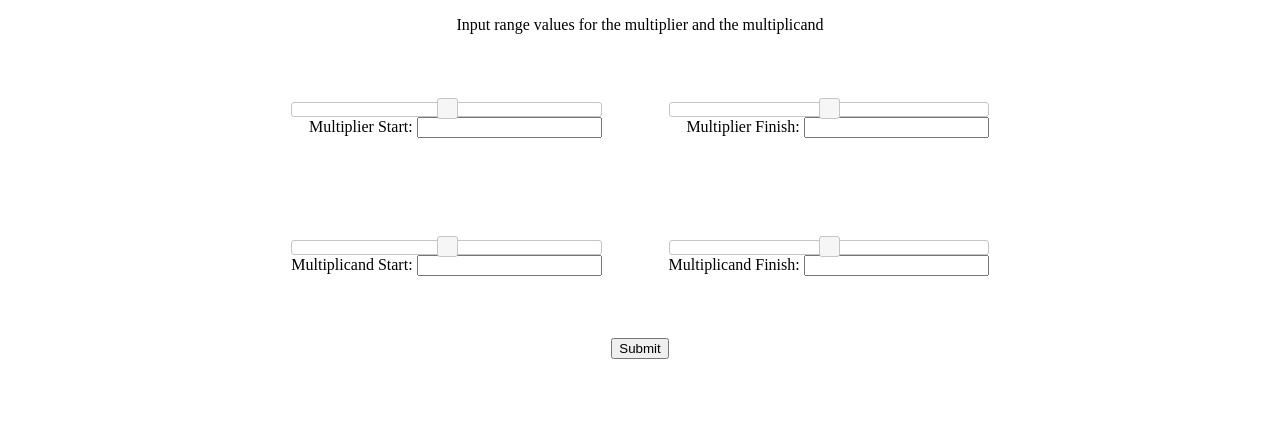
Repository: khrasna/HW4Part2
Page: index.html
The author's editor kept a copy of each file at every save. The page is drawn from the files as they stood at one save, then again after the next save.
The browser window is 1280 px wide. The pictures show the whole page.
Some web libraries are served in a nearby version.

Above is the page before, as saved 2021-11-14 19:12:29.

### index.html
<!-- HTML file for Assignment 3
By Karsten Hrasna  email Karsten_Hrasna@student.uml.edu-->
<!DOCTYPE html>
<html>

<head>
    <title>Multiplication Table</title>
    <link rel="stylesheet" href="style.css">
    <script type="text/javascript" src="https://ajax.googleapis.com/ajax/libs/jquery/3.5.1/jquery.min.js"></script>
    <script type="text/javascript" src="dist/jquery.validate.min.js"></script>
    <script type="text/javascript" src="formvalidate.js"></script>
    <script type="text/javascript" src="https://ajax.googleapis.com/ajax/libs/jqueryui/1.11.4/jquery-ui.min.js"></script>
    <link rel="stylesheet" href="https://ajax.googleapis.com/ajax/libs/jqueryui/1.11.4/themes/smoothness/jquery-ui.css">
</head>

<body>
    <p>Input range values for the multiplier and the multiplicand</p>
    <div id="container">
        <!-- Learned from W3schools. Creates a form which takes number ranges for multiplier and multiplicand. -->

        <form id="FormInput" action="javascript:void(0);" method="get"> <!--Learned about javascript:void(0) from Dutchie432 at https://stackoverflow.com/questions/1818249/form-with-no-action-and-where-enter-does-not-reload-page-->
            <table>
                <tr>

                    <td class="pad">
                        <div class="slider"></div>
                        Multiplier Start: <input input="text" name="MultiplierStart">
                    </td>

                    <td>
                        <div class="slider"></div>
                        Multiplier Finish: <input type="text" name="MultiplierFinish">
                    </td>
                </tr>
                <tr>
                    <td class="pad">
                        <div class="slider"></div>
                        Multiplicand Start: <input type="text" name="MultiplicandStart">
                    </td>

                    <td>
                        <div class="slider"></div>
                        Multiplicand Finish: <input type="text" name="MultiplicandFinish">
                    </td>
                </tr>
            </table>
            <input type="submit" value="Submit"> <!--goes directly under form and processes the input to create a mult table-->
        </form>
    </div>


</body>

</html>

### style.css
/*Created by Karsten Hrasna. email: Karsten_Hrasna@student.uml.edu*/
html,
body {
    height: 97%;
    text-align: center;
}

#slider {
    margin-bottom: 10px;
    margin-top: 10px;
}

div#container {
    display: grid;
    grid-template-columns: 100%;
    /* top row of grid holds the form for input, the rest of page holds the multiplication table*/
    grid-template-rows: minmax(90px, 15%) auto;
    height: 97%;

}

#multTable {
    margin: auto;
    border-collapse: separate;
    border-spacing: 0;
    grid-row: 2;
    /*the dynamically sized multiplication table */
    margin-top: 0px;
    border-bottom: 0px;

}

input[type=submit] {
    /* submit button under form spaced here */
    margin-top: 10px;
    margin-bottom: 0px;
}

#multTable td,
th {
    border: solid;
    border-color: black;
    min-width: 70px;
    font-size: 30px;
    height: 70px;
}


#multTable th {
    position: sticky;
    top: 0px;
    border-right: solid;
    border-right-color: white;
    border-bottom: solid;
    border-bottom-color: white;
    background-color: black;
    color: white;

}

#multTable th:first-child {
    position: sticky;
    top: 70px;
    left: 0;
}


.sticky {
    position: fixed;
    top: 0px;
    /* get the headers to stay fixed on mult table */
    width: 100%;
}

#multTable tr:first-child th:first-child {
    border: none;
    background-color: white;
}

#multTable p.inputError {
    margin: 0px;
}

form {
    grid-row: 1;
    margin-bottom: 0px;
}

table {
    margin-left: auto;
    margin-right: auto;
}

form td {
    text-align: right;
    justify-content: right;
    padding: 50px;

    /*line up the input form textboxes*/
}

form p {
    margin: 0px;
}

td.pad {
    padding-right: 15px;
}

### formvalidate.js
$(function () {

    $(".slider").slider({
        min: -50,
        max: 50
    });


    $.validator.addMethod("less", function (value, element, params) {
        return this.optional(element) || value <= params[0].value; //checks to make sure that the starts are less than the finishes, learned from
    });                                                           // https://jqueryvalidation.org/jQuery.validator.addMethod/

    var valid = $('input[value="Submit"]').on("click", function () {
        $("#multTable").remove();

        $("#FormInput").validate({
            onkeyup: false,     //this makes it so the validator doesnt update the error messages whenever new input is typed. only validates when submit is hit.
            onfocusout: false,  //learned about onkeyup, and onfocusout at https://www.sitepoint.com/jquery-validation-validate-form-submit/
            rules: {
                MultiplierStart: {
                    digits: true,
                    less: $('input[name="MultiplierFinish"]'),
                    required: true,
                    range: [-50, 50]
                },
                MultiplierFinish: {
                    required: true,
                    digits: true,
                    range: [-50, 50]
                },

                MultiplicandStart: {
                    digits: true,
                    less: $('input[name="MultiplicandFinish"]'),
                    required: true,
                    range: [-50, 50]
                },

                MultiplicandFinish: {
                    digits: true,
                    required: true,
                    range: [-50, 50]
                }
            },

            messages: {
                MultiplierStart: {
                    digits: "Multiplier Start must be a digit",
                    required: "Multiplier Start must be a digit between -50 and 50",
                    range: "The range of Multiplier Start must stay within -50 and 50",
                    less: "The value of Multiplier Start must be less than or equal to Multiplier Finish."
                },

                MultiplierFinish: {
                    digits: "Multiplier Finish must be a digit",
                    required: "Multiplier Finish must be a digit between -50 and 50",
                    range: "The range of Multiplier Finish must stay within -50 and 50",
                },

                MultiplicandStart: {
                    digits: "Multiplicand Start must be a digit",
                    required: "Multiplicand Start must be a digit between -50 and 50",
                    range: "The range of Multiplicand Start must stay within -50 and 50",
                    less: "The value of Multiplicand Start must be less than or equal to Multiplicand Finish."
                },

                MultiplicandFinish: {
                    digits: "Multiplicand Finish must be a digit",
                    required: "Multiplicand Finish must be a digit between -50 and 50",
                    range: "The range of Multiplicand Finish must stay within -50 and 50",
                }
            },

            errorPlacement: function (error, element) {
                $(error).appendTo($(('#FormInput')));
            },
            errorElement: "p"

        });

        if ($("#FormInput").valid()) {
            process();
        }

    });

});

function process() {
    debugger;
    var multStart = $('input[name="MultiplierStart"]').val();
    var multFinish = $('input[name="MultiplierFinish"]').val();
    var multiplicandStart = $('input[name="MultiplicandStart"]').val();
    var multiplicandFinish = $('input[name="MultiplicandFinish"]').val();


    if (document.getElementById("multTable")) { //remove old table
            var old = document.getElementById("multTable");
            old.remove();
    };

     //clear old table and create a table with size based on input given
        const top = [];
        const left = []; //these will hold the values of the multiplier and multiplicand
        var rows = multFinish - multStart;
        var cols = multiplicandFinish - multiplicandStart;
        var d = document.getElementById("container");
        for (var i = 0; i <= rows; i++) {
            left[i] = (+multiplicandStart + +i); //the + before variable name turns them into integers for addition
        }
        for (var i = 0; i <= cols; i++) {
            top[i] = (+multStart + +i);
        }
        var table = createTable(rows, cols, top, left); //create table based on total rows and cols, and top and left are the sets of multipliers and multiplicands
        table.id = "multTable";
        d.append(table);
}

function createTable(rows, cols, top, left) {
    var t = document.createElement('table');
    for (var x = 0; x <= rows + 1; x++) { // rows and cols + 1 to indicate ranges of numbers
        var r = document.createElement('tr');
        t.appendChild(r);
        for (var y = 0; y <= cols + 1; y++) {   //creates the cols of the table row by row
            if (x == 0) {
                var c = document.createElement('th'); //create and insert element based on position in table
                c.id = "topHeader";
                if (y != 0) {
                    c.innerHTML = top[y - 1]; // - 1 because it is moved over 1 to the right
                }
            } else if (y == 0) {
                var c = document.createElement('th');
                if (x != 0) {
                    c.innerHTML = left[x - 1];
                }
            } else {
                var c = document.createElement('td');
                c.innerHTML = top[y - 1] * left[x - 1];
                if (((y % 2) + (x % 2)) == 0 || ((y % 2) + (x % 2)) == 2) { // checker board effect
                    c.style.backgroundColor = "gray";
                }

            }
            r.appendChild(c);
        }
    }

    return t;
}

Loaded but not shown: dist/jquery.validate.min.js (library)

After the next save:
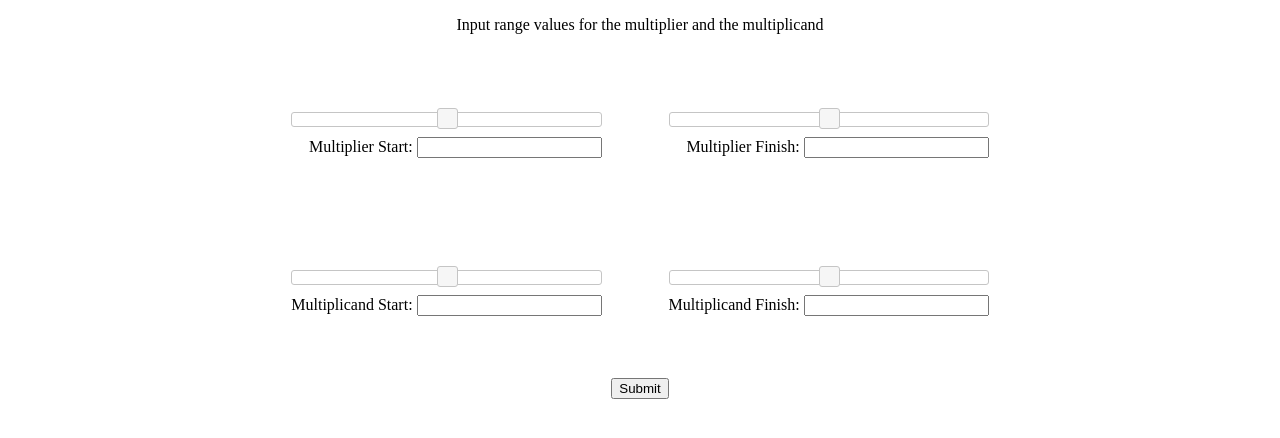
Saved 8 s later.
--- a/style.css
+++ b/style.css
@@ -5,7 +5,7 @@ body {
     text-align: center;
 }
 
-#slider {
+.slider {
     margin-bottom: 10px;
     margin-top: 10px;
 }
